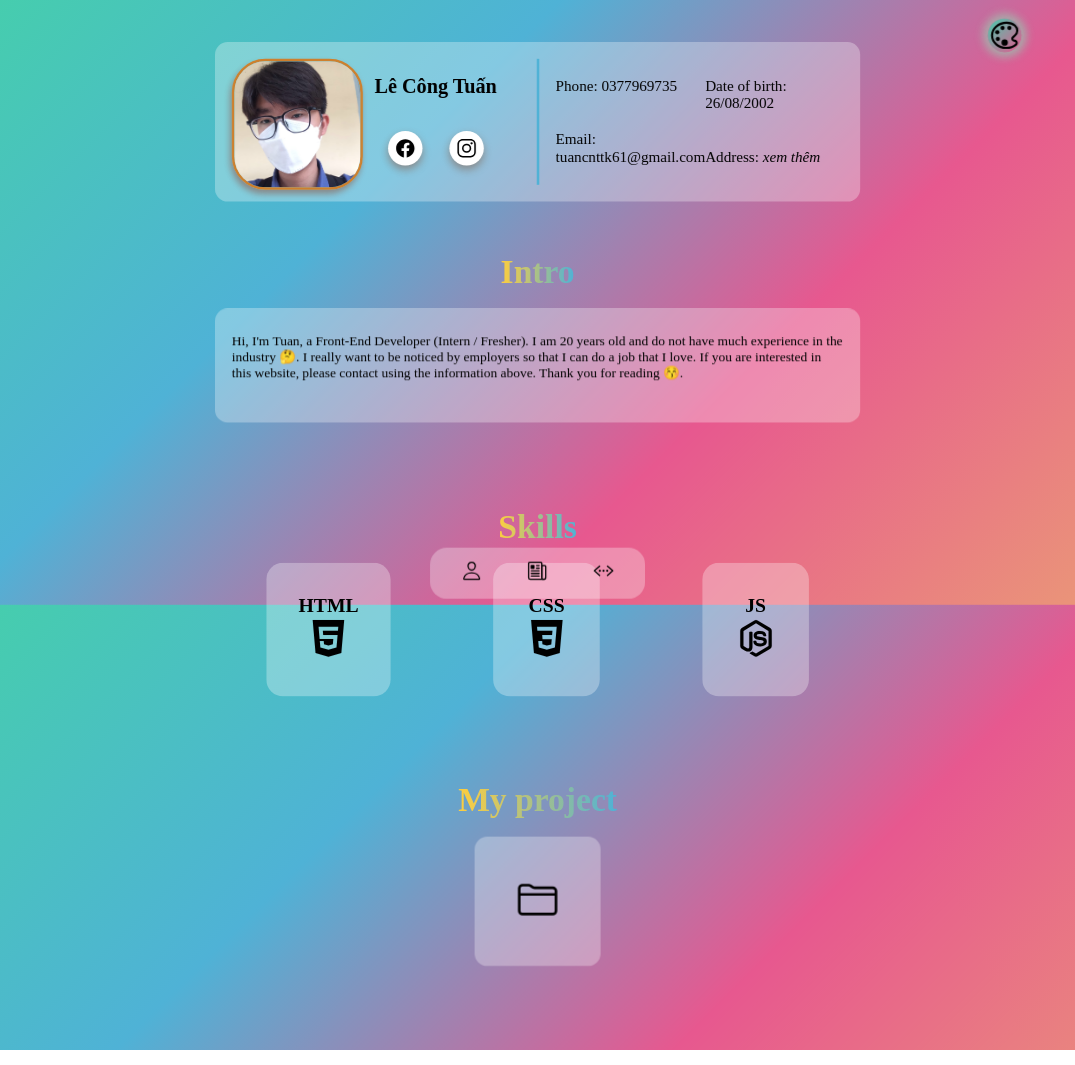
Repository: LeCongTuan2608/Profile
Page: index.html
An editor plug-in stored every save of this project. The page is shown before and after the next save, followed by the edit.
The browser window is 1280 px wide. The pictures show the whole page, at 84% of full size.
Backgrounds fixed to the window are drawn as part of the page. The style sheet was rebuilt from its Sass, Less or Tailwind sources for each picture, by a compiler version that may differ from the author's.

Above is the page before, as saved 2022-05-05 12:21:37.

After the next save:
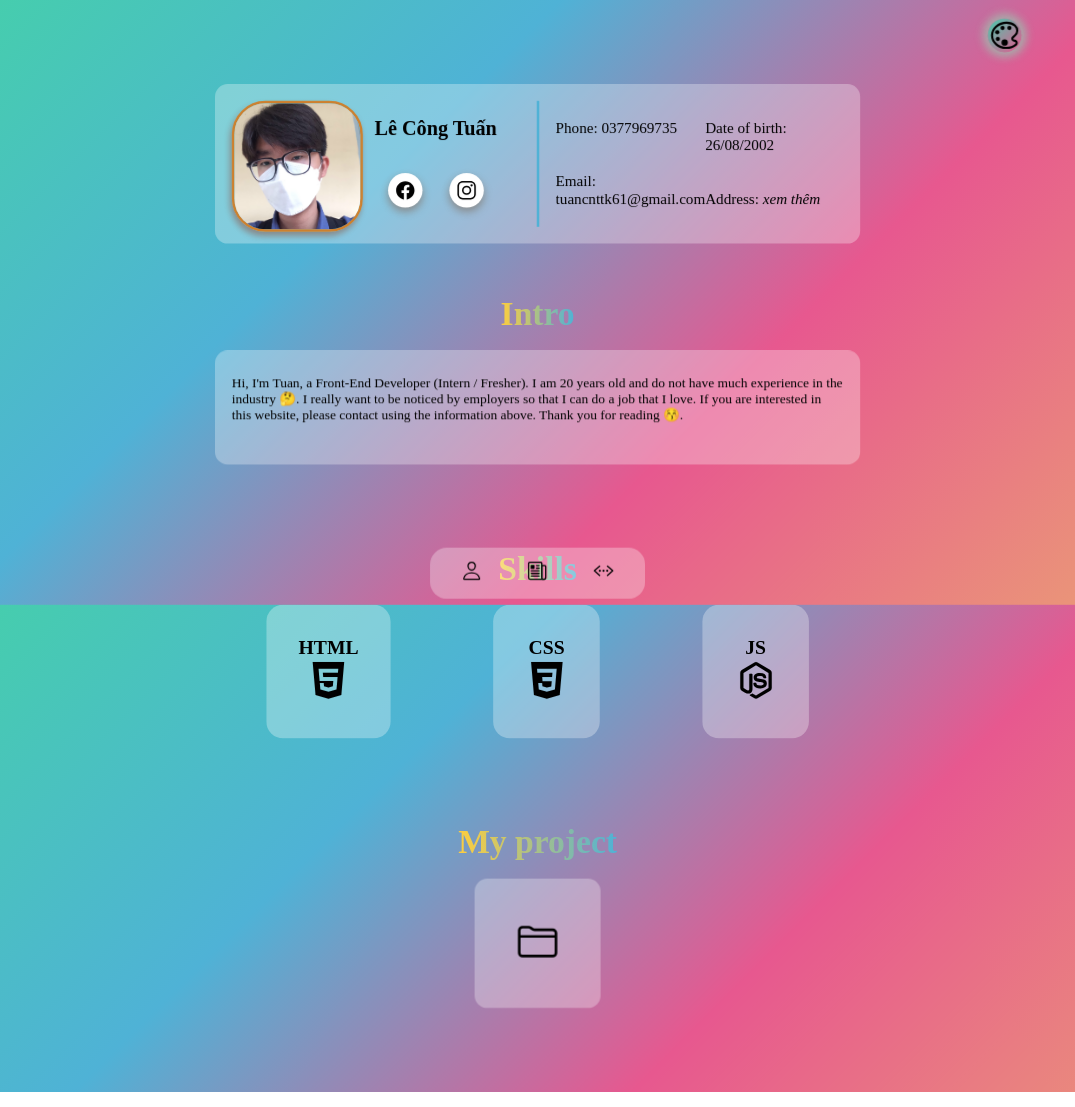
Saved 60 s later.
--- a/sass/style.scss
+++ b/sass/style.scss
@@ -16,7 +16,7 @@ body{
 
 }
 .container{
-    padding-top: 50px;
+    padding-top: 100px;
     width: 100%;
     height: auto;
     position: relative;
